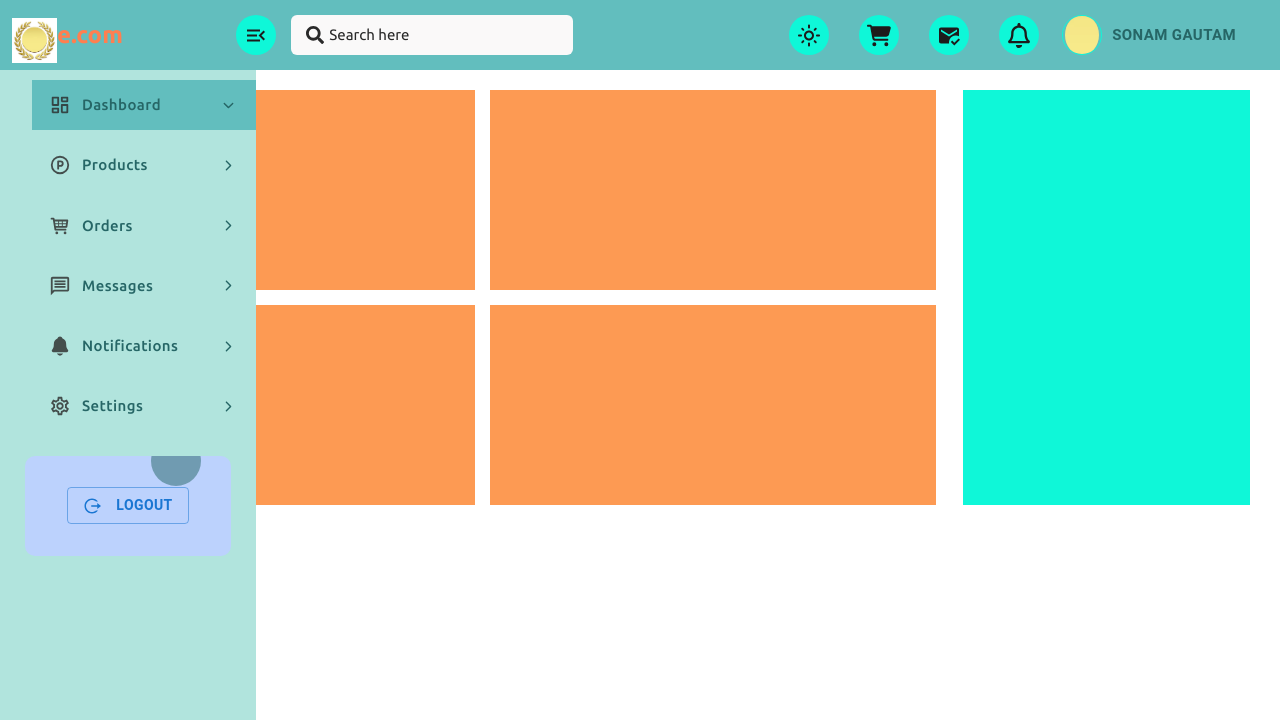
Repository: gautamsonam011/admin-react-dashboard
Page: /
An editor plug-in stored every save of this project. The page is shown before and after the next save, followed by the edit.
The browser window is 1280 px wide. The pictures show the whole page.
The project was rebuilt for these pictures with package versions that can differ from the ones it lists, and the page was loaded fresh each time.

Above is the page before, as saved 2025-04-16 12:43:40.

### src/App.js
import { BrowserRouter, Routes, Route } from 'react-router-dom';
import './App.css';
import 'bootstrap/dist/css/bootstrap.min.css';
import Dashboard from './pages/Dashboard/Dashboard';
import Header from "./components/Header/index";
import Sidebar from './components/Sidebar';

function App() {
  return (
    <BrowserRouter>
    <Header/>
    <div className='main d-flex'>
      <div className='sidebarWrapper'>
        <Sidebar/>
      </div>
    </div>
    <div className='content'>
    <Routes>
      <Route path = "/" exact={true} element={<Dashboard/>} />
    </Routes>
    </div>

    </BrowserRouter>
  );
}

export default App;

### src/App.css
@import url('https://fonts.googleapis.com/css2?family=Ubuntu:ital,wght@0,300;0,400;0,500;0,700;1,300;1,400;1,500;1,700&display=swap');

body{
  font-family: "Ubuntu", sans-serif !important;
  background-color: #f4f8f7;

}

header{
  width:100%;
  height: 70px;
  background-color:#62bebe;
  position: fixed;
  top:0px;
  left:0px;
  z-index: 1000;
}
header .logo{
  text-decoration: none;
}
header .logo img{
  margin-top: 10px;
  width:45px;

}

header .logo span{
color: coral;
font-weight: bolder;
font-size: 24px;
}
header button.rounded-circle{min-width:40px !important; width:40px !important; height: 40px !important; background-color:#0ff7d8 !important; margin: 15px;}
header button.rounded-circle svg{color:rgb(29, 27, 27); font-size: 25px !important; transition: all 0.2s ease-in-out;}
header button.rounded-circle:hover svg{color: #2585d4 !important;}
.searchBox{width:400px; height: 40px; background-color:#faf9f9; border-radius: 6px;padding: 3px 15px;}
.searchBox input{background: transparent;border:0px; outline:none; padding-left: 5px; font-size: 15px; color:#292929}
.searchBox input::-webkit-input-placeholder{color:#292929}
.searchBox svg{font-size: 18px; color:#292929 ;}

.userImg{display: flex; align-items:center; justify-content: center; overflow: hidden; width:40px; height: 40px; border:1px solid #0ff7d8; padding: 2px; border-radius: 100%;}
.userImg .rounded-circle{display: flex; align-items:center; justify-content: center; overflow: hidden; width: 40px; height: 40px; cursor: pointer; position: relative;}
.userImg .rounded-circle .img{object-fit: cover; width: 100%;}
.userInfo{padding-left: 10px;}
.userInfo h5{font-size: 15px; font-weight: 600; margin-bottom:0px; color: #266666;}

#account-menu li{font-size: 14px !important;}
#account-menu li svg{font-size: 20px !important}

.dropdown-info{padding-left: 6px;}
.dropdown-info h4{font-size: 15px; font-weight:600;margin-top: 2px; white-space: break-space; line-height: 21px;}
.dropdown-info p{font-size: 10px; color: #2585d4;}


/* Style for sidebar  */

.main .sidebarWrapper{width: 20%; flex: 0 0 20%; transition: all 0.3s ease-in-out;}
.main .sidebarWrapper .sidebar{width:20%; height: 100vh; position:fixed; top: 70px; left:0px; background:#b1e4dd; overflow-y: scroll; overflow-x: hidden;}
.main .sidebarWrapper .sidebar::-webkit-scrollbar-thumb{background: transparent !important; width:3px;}
.main .sidebarWrapper:hover .sidebar::-webkit-scrollbar{ background:#2585d4; width:3px;}
.main .sidebarWrapper .sidebar ul{margin-bottom:0px;}
.main .sidebarWrapper .sidebar ul li{list-style: none; margin-top:10px;}
.main .sidebarWrapper .sidebar ul li button{color:#266666; text-align: left; justify-content: left; border-radius:0px !important; padding: 12px 15px !important;
  align-items: center; text-transform: capitalize !important;font-family: "Ubuntu", sans-serif !important;
  margin-left: 0px; font-size: 15px !important;
}
.main .sidebarWrapper .sidebar ul li button .icon{display: flex; align-items:center; justify-content: center; width:25px; height:25px; margin-right: 10px;}
.main .sidebarWrapper .sidebar ul li button .icon svg{color:#292929; opacity: 0.8; font-size: 22px;}
.main .sidebarWrapper .sidebar ul li button .arrow{margin-left: auto; display: flex; align-items: center; justify-content: center; width: 25px; transition: all 0.3s ease-in-out}
.main .sidebarWrapper .sidebar ul li button:hover{background:#62bebe !important;}
.main .sidebarWrapper .sidebar ul li button.active{background: #62bebe !important;}
.main .sidebarWrapper .sidebar ul li button.active .arrow{transform: rotate(90deg);}

.main .sidebarWrapper .sidebar ul .submenu{padding: 0px 45px; position:relative; height:auto;}
.main .sidebarWrapper .sidebar ul .submenu::before{content:''; width:1px; height: 95%; position: absolute; top:0px; left:25px; background:rgba(0, 0, 0, 0.1);}
.main .sidebarWrapper .sidebar ul .submenu li{width:100%; list-style: none;}
.main .sidebarWrapper .sidebar ul .submenu li a{color:#266666 !important; text-decoration: none; font-family: "Ubuntu", sans-serif !important;
display: block; padding: 6px 0px; font-size: 14px !important; font-weight: 500; transition:all 0.3s}
.main .sidebarWrapper .sidebar ul .submenu li a:hover{color:#2585d4 !important;}

.main .sidebarWrapper .sidebar ul .submenuWrapper{transition:all 0.3s ease-in-out; height: 0px; overflow: hidden; }
.main .sidebarWrapper .sidebar ul .submenuWrapper.colapsed .submenu{opacity:0;}

.main .sidebarWrapper .sidebar ul .submenuWrapper.colapse{height:auto; overflow: inherit;}
.main .sidebarWrapper .sidebar ul .submenuWrapper.colapse .submenu{opacity:1; height:auto;}

.logoutWrapper{padding: 0px 25px;}
.logoutWrapper .logoutBox{width:100%; height:100px; padding: 25px; background:#bcd2fd; border-radius:10px; margin-bottom:20px; display:flex; align-items: center; justify-content: center;
position:relative; overflow:hidden;}
.logoutWrapper .logoutBox::before{content:''; width:50px; height:50px; background:#266666; border-radius: 100%; position:absolute; top: -20px; right: 30px; opacity:0.5}
.logoutWrapper .logoutBox::after{content:''; width:30px; height:30px; background:#266666; border-radius: 100%; position:absolute; top: -30px; left: 30px; opacity:0.5}
.logoutWrapper .logoutBox button{font-size:14px !important; font-weight: 600 !important; }
.logoutWrapper .logoutBox button svg{margin-right: 15px; font-size:18px;}

.main .content{width:80%; flex: 0 0 80%;}
.right-content{padding: 90px 30px;}
.dashboardBoxWrapper{gap: 15px; width:100%; flex-wrap: wrap;}
.dashboardBoxWrapper .dashboardBox{width:49%; height: 200px; background-color:rgb(253, 154, 83);}
.dashboardBoxWrapperRow .box{width:100%; height: 100%; background:#0ff7d8;}

### src/pages/Dashboard/Dashboard.jsx
const Dashboard = () => {
    return (
        <div className="right-content w-100">
            <div className="row dashboardBoxWrapperRow ">
                <div className="col-md-9">
                    <div className="dashboardBoxWrapper d-flex">
                        <div className="dashboardBox"></div>
                        <div className="dashboardBox"></div>
                        <div className="dashboardBox"></div>
                        <div className="dashboardBox"></div>
                    </div>
                </div>
                <div className="col-md-3">
                    <div className="box"></div>
                </div>
            </div>
        </div>
    )
}

export default Dashboard;

### src/components/Header/index.jsx
import React, { useState } from 'react';
import { Link } from "react-router-dom";
import logo from "../../assests/images/logo.jpg";
import Button from '@mui/material/Button';
import { MdMenuOpen } from "react-icons/md";
// import { MdOutlineMenu } from "react-icons/md";
import SearchBox from "../SearchBox";
import { MdOutlineLightMode } from "react-icons/md";
// import { MdDarkMode } from "react-icons/md";
import { FaCartShopping } from "react-icons/fa6";
import { MdMarkEmailRead } from "react-icons/md";
import { FaRegBell } from "react-icons/fa";


import Avatar from '@mui/material/Avatar';
import Menu from '@mui/material/Menu';
import MenuItem from '@mui/material/MenuItem';
import ListItemIcon from '@mui/material/ListItemIcon';
import Divider from '@mui/material/Divider';
import { FaShieldAlt } from "react-icons/fa";
import Settings from '@mui/icons-material/Settings';
import Logout from '@mui/icons-material/Logout';

const Header = () => {
    const [anchorEl, setAnchorEl] = useState(null);
    const [anchorElNotification, setAnchorElNotification] = useState(null);

    const open = Boolean(anchorEl);

    const handleOpenMyAccountDropdown = (event) => {
        if (anchorEl) {
            setAnchorEl(null);
        } else {
            setAnchorEl(event.currentTarget);
        }
    };

    const handleOpenMyAccountDropdownClose = () => {
        setAnchorEl(null);
    };

    // For Notification dropdown
    const handleOpennotificationsDrop = (event) => {
        setAnchorElNotification(event.currentTarget);
    };

    const handleClosenotificationsDrop = () => {
        setAnchorElNotification(null);
    };



    return (
        <>
            <header>
                <div className="container-fluid">
                    <div className="row d-flex align-items-center w-100">
                        {/* logo */}
                        <div className="col-sm-2">
                            <Link to="/" className="d-flex align-items-center logo">
                                <img src={logo} alt="logo" />
                                <span className="ml-2">e.com</span>
                            </Link>
                        </div>
                        <div className="col-sm-3 d-flex align-items-center pl-4">
                            <Button className="rounded-circle"><MdMenuOpen /></Button>
                            <SearchBox />
                        </div>
                        <div className="col-sm-7 d-flex align-items-center justify-content-end part3">
                            <Button className="rounded-circle"><MdOutlineLightMode /></Button>
                            <Button className="rounded-circle"><FaCartShopping /></Button>
                            <Button className="rounded-circle"><MdMarkEmailRead /></Button>
                            <Button className="rounded-circle" onClick={handleOpennotificationsDrop}>
                                <FaRegBell />
                            </Button>
                            <Menu
                                anchorEl={anchorElNotification}
                                open={Boolean(anchorElNotification)}
                                onClose={handleClosenotificationsDrop}
                                onClick={handleClosenotificationsDrop}
                                slotProps={{
                                    paper: {
                                        elevation: 0,
                                        sx: {
                                            overflow: 'visible',
                                            filter: 'drop-shadow(0px 2px 8px rgba(0,0,0,0.32))',
                                            mt: 1.5,
                                            '&::before': {
                                                content: '""',
                                                display: 'block',
                                                position: 'absolute',
                                                top: 0,
                                                right: 14,
                                                width: 10,
                                                height: 10,
                                                bgcolor: 'background.paper',
                                                transform: 'translateY(-50%) rotate(45deg)',
                                                zIndex: 0,
                                            },
                                        },
                                    },
                                }}
                                transformOrigin={{ horizontal: 'right', vertical: 'top' }}
                                anchorOrigin={{ horizontal: 'right', vertical: 'bottom' }}
                            >
                                <MenuItem onClick={handleClosenotificationsDrop}>
                                    Orders(12)
                                </MenuItem>
                                <Divider className="mb-2" />
                                <MenuItem onClick={handleClosenotificationsDrop}>
                                    <div className="d-flex align-items-center dropdown-list">

                                        <div className="userImg">
                                        <span className="rounded-circle">
                                            <img src={logo} alt="profile" />
                                        </span>

                                    </div>
                                    <div className='dropdown-info'>
                                        <h4><b>Sona</b> added Leather New Shoes</h4>
                                        <p>Few minutes ago</p>
                                    </div>
                                    </div>

                                </MenuItem>
                                <MenuItem onClick={handleClosenotificationsDrop}>
                                    <div className="d-flex align-items-center dropdown-list">

                                        <div className="userImg">
                                        <span className="rounded-circle">
                                            <img src={logo} alt="profile" />
                                        </span>

                                    </div>
                                    <div className='dropdown-info'>
                                        <h4><b>Sona</b> added Leather New Shoes</h4>
                                        <p>Few minutes ago</p>
                                    </div>
                                    </div>

                                </MenuItem>
                            </Menu>

                            <div className="myAccountWrapper">
                                <Button className="myAccount d-flex align-items-center" onClick={handleOpenMyAccountDropdown}>
                                    <div className="userImg">
                                        <span className="rounded-circle">
                                            <img src={logo} alt="profile" />
                                        </span>

                                    </div>
                                    <div className="userInfo">
                                        <h5>Sonam Gautam</h5>
                                    </div>

                                    <Menu
                                        anchorEl={anchorEl}
                                        id="account-menu"
                                        open={open}
                                        onClose={handleOpenMyAccountDropdownClose}
                                        onClick={handleOpenMyAccountDropdownClose}
                                        slotProps={{
                                            paper: {
                                                elevation: 0,
                                                sx: {
                                                    overflow: 'visible',
                                                    filter: 'drop-shadow(0px 2px 8px rgba(0,0,0,0.32))',
                                                    mt: 1.5,
                                                    '& .MuiAvatar-root': {
                                                        width: 32,
                                                        height: 32,
                                                        ml: -0.5,
                                                        mr: 1,
                                                    },
                                                    '&::before': {
                                                        content: '""',
                                                        display: 'block',
                                                        position: 'absolute',
                                                        top: 0,
                                                        right: 14,
                                                        width: 10,
                                                        height: 10,
                                                        bgcolor: 'background.paper',
                                                        transform: 'translateY(-50%) rotate(45deg)',
                                                        zIndex: 0,
                                                    },
                                                },
                                            },
                                        }}
                                        transformOrigin={{ horizontal: 'right', vertical: 'top' }}
                                        anchorOrigin={{ horizontal: 'right', vertical: 'bottom' }}
                                    >
                                        <MenuItem onClick={handleOpenMyAccountDropdownClose}>
                                            <Avatar /> Profile
                                        </MenuItem>
                                        <Divider />
                                        <MenuItem onClick={handleOpenMyAccountDropdownClose}>
                                            <ListItemIcon>
                                                <FaShieldAlt fontSize="small" />
                                            </ListItemIcon>
                                            Reset Password
                                        </MenuItem>
                                        <MenuItem onClick={handleOpenMyAccountDropdownClose}>
                                            <ListItemIcon>
                                                <Settings fontSize="small" />
                                            </ListItemIcon>
                                            Settings
                                        </MenuItem>
                                        <MenuItem onClick={handleOpenMyAccountDropdownClose}>
                                            <ListItemIcon>
                                                <Logout fontSize="small" />
                                            </ListItemIcon>
                                            Logout
                                        </MenuItem>
                                    </Menu>
                                </Button>
                            </div>
                        </div>
                    </div>
                </div>
            </header>
        </>
    )
}

export default Header

### src/components/Sidebar/index.jsx
import Button from '@mui/material/Button';
import { RiDashboardLine } from "react-icons/ri";
import { IoIosArrowForward } from "react-icons/io";
import { TbBrandProducthunt } from "react-icons/tb";
import { TiShoppingCart } from "react-icons/ti";
import { MdOutlineMessage } from "react-icons/md";
import { IoNotifications } from "react-icons/io5";
import { MdOutlineSettings } from "react-icons/md";
import { Link } from 'react-router-dom';
import React, {useState} from "react";
import { RiLogoutCircleRLine } from "react-icons/ri";

const Sidebar = () =>{
    const [activeTab, setActiveTab] = useState(0);
    const [isToggleSubmenu, setIsToggleSubmenu] = useState(false);

    const isOpenSubmenu = (index) =>{
        setActiveTab(index);
        setIsToggleSubmenu(!isToggleSubmenu);


    }

    return(
        <div className="sidebar">
            <ul>
                <li>
                    <Link to="/">
                    <Button className={`w-100 ${activeTab === 0 ? 'active' : ''}`} onClick={()=>isOpenSubmenu(0)}>
                        <span className='icon'><RiDashboardLine/></span>
                        Dashboard
                        <span className="arrow"><IoIosArrowForward/></span>
                    </Button>
                    </Link>
                </li>
                <li>
                    <Button className={`w-100 ${activeTab === 1 && isToggleSubmenu===true ?  'active' : ''}`} onClick={()=>isOpenSubmenu(1)}>
                        <span className='icon'><TbBrandProducthunt/></span>
                        Products
                        <span className="arrow"><IoIosArrowForward/></span>
                    </Button>
                    <div className={`submenuWrapper ${activeTab===1 && isToggleSubmenu===true ? 'colapse':'colapsed'}`}>
                    <ul className='submenu'>
                        <li><Link to="#">Product Add</Link></li>
                        <li><Link to="#">Product List</Link></li>
                        <li><Link to="#">Product View</Link></li>
                    </ul>
                    </div>
                </li>
                <li>
                    <Link to="/">
                    <Button className={`w-100 ${activeTab === 2 ? 'active' : ''}`} onClick={()=>isOpenSubmenu(2)}>
                        <span className='icon'><TiShoppingCart/></span>
                        Orders
                        <span className="arrow"><IoIosArrowForward/></span>
                    </Button>
                    </Link>
                </li>
                <li>
                    <Link to="/">
                    <Button className={`w-100 ${activeTab === 3 ? 'active' : ''}`} onClick={()=>isOpenSubmenu(3)}>
                        <span className='icon'><MdOutlineMessage/></span>
                        Messages
                        <span className="arrow"><IoIosArrowForward/></span>
                    </Button>
                    </Link>
                </li>
                <li>
                    <Link to="/">
                    <Button className={`w-100 ${activeTab === 4 ? 'active' : ''}`} onClick={()=>isOpenSubmenu(4)}>
                        <span className='icon'><IoNotifications/></span>
                        Notifications
                        <span className="arrow"><IoIosArrowForward/></span>
                    </Button>
                    </Link>
                </li>
                <li>
                    <Link to="/">
                    <Button className={`w-100 ${activeTab === 5 ? 'active' : ''}`} onClick={()=>isOpenSubmenu(5)}>
                        <span className='icon'><MdOutlineSettings /></span>
                        Settings
                        <span className="arrow"><IoIosArrowForward/></span>
                    </Button>
                    </Link>
                </li>
            </ul>
            <br/>
            <div className="logoutWrapper">
                <div className="logoutBox">
            <Button variant="outlined"> <RiLogoutCircleRLine/>Logout</Button>
            </div>
            </div>
        </div>
    )
}

export default Sidebar

### src/components/SearchBox.jsx
import { FaSearch } from "react-icons/fa";

const SearchBox = () =>{
    return (
        <div className="searchBox position-relative d-flex align-items-center">
            <FaSearch className="mr-2" />
            <input type="text" placeholder="Search here"  />
        </div>
    )
}

export default SearchBox;

Loaded but not shown: public/index.html (common file); src/index.js (common file); src/reportWebVitals.js (common file)

After the next save:
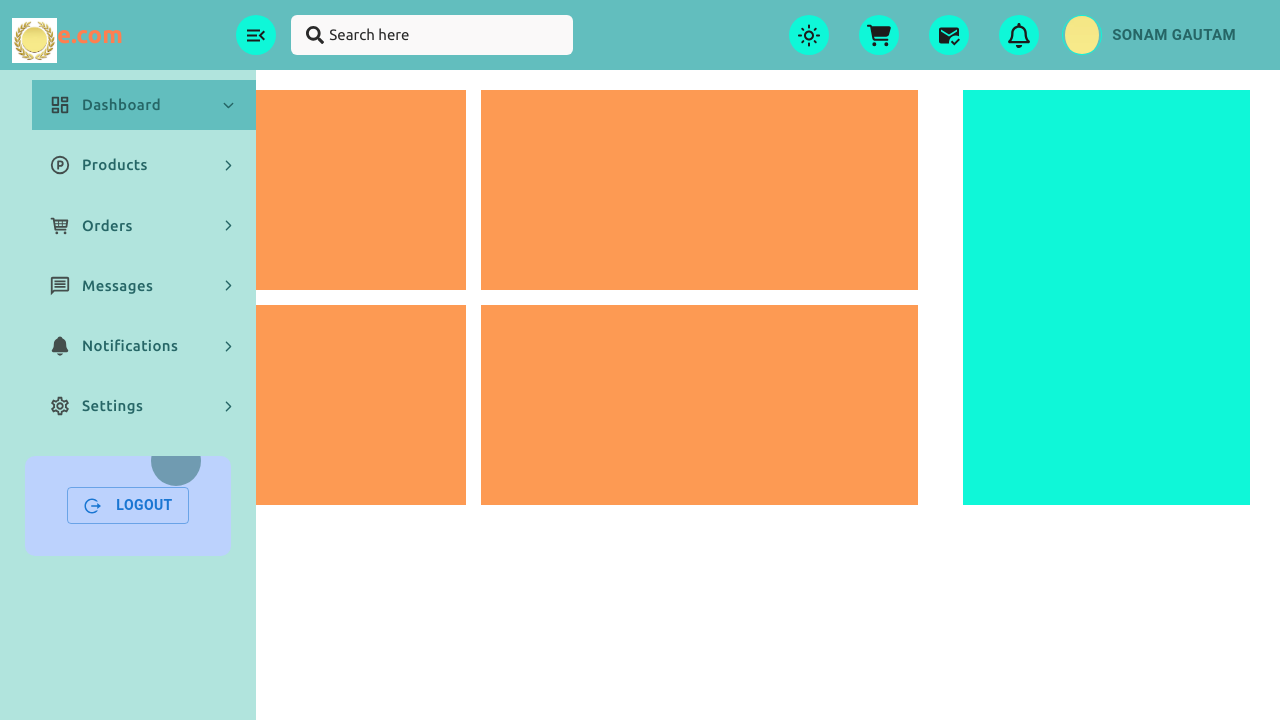
Saved 29 s later.
--- a/src/App.css
+++ b/src/App.css
@@ -94,5 +94,5 @@ position:relative; overflow:hidden;}
 .main .content{width:80%; flex: 0 0 80%;}
 .right-content{padding: 90px 30px;}
 .dashboardBoxWrapper{gap: 15px; width:100%; flex-wrap: wrap;}
-.dashboardBoxWrapper .dashboardBox{width:49%; height: 200px; background-color:rgb(253, 154, 83);}
+.dashboardBoxWrapper .dashboardBox{width:48%; height: 200px; background-color:rgb(253, 154, 83);}
 .dashboardBoxWrapperRow .box{width:100%; height: 100%; background:#0ff7d8;}
